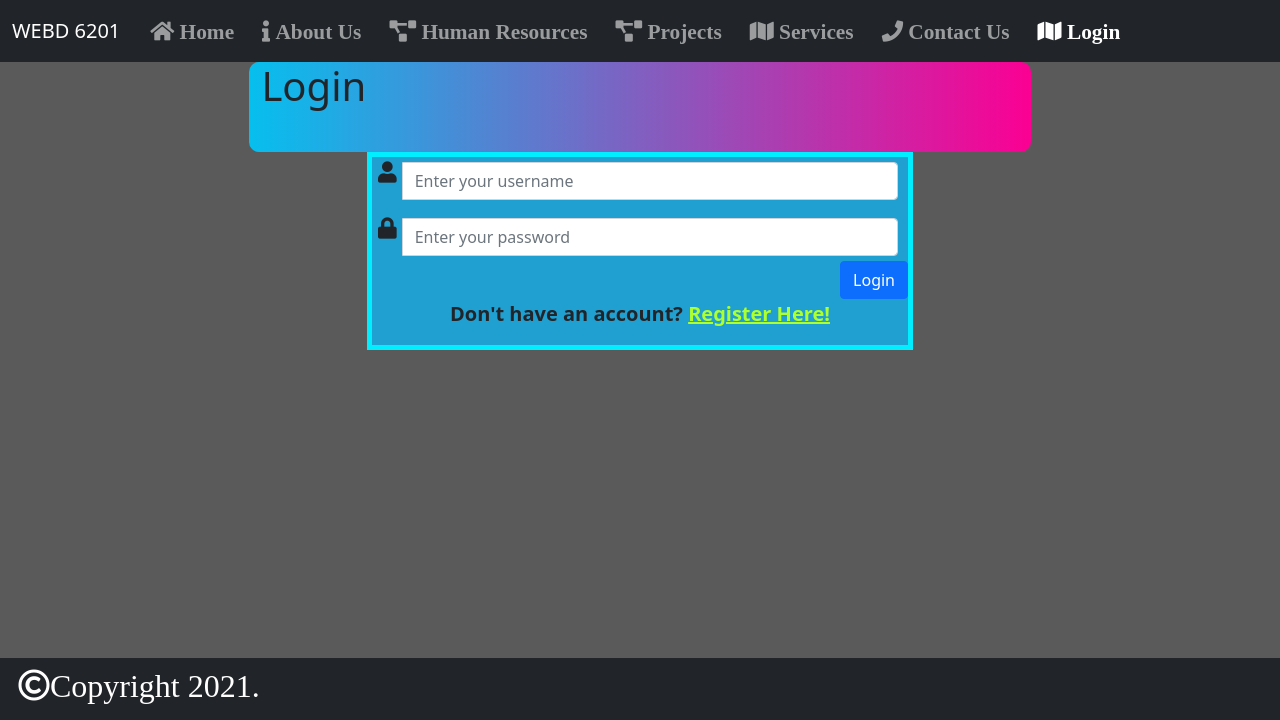
Repository: vans12345678/WEBD6201-W2021-Lab2
Page: login.html
The author's editor kept a copy of each file at every save. The page is drawn from the files as they stood at one save, then again after the next save.
The browser window is 1280 px wide. The pictures show the whole page.

Above is the page before, as saved 2021-02-25 21:14:11.

### login.html
<!DOCTYPE html>
<html lang="en">
<head>
    <meta charset="UTF-8">
    <meta name="viewport" content="width=device-width, initial-scale=1.0">
    <title>Login</title>
    <!-- CSS Section -->
    <link rel="stylesheet" href="./node_modules/bootstrap/dist/css/bootstrap.min.css">
    <link rel="stylesheet" href="./node_modules/@fortawesome/fontawesome-free/css/all.min.css">
    <link rel="stylesheet" href="./Content/app.css">
</head>
<body>
    <!-- Main Header -->
    <header>
        <!-- Main Navigation -->
        <nav class="navbar navbar-expand-lg navbar-dark bg-dark">
            <div class="container-fluid">
                <a id ="navHome" class="navbar-brand" href="index.html"></a>
                <button class="navbar-toggler" type="button" data-bs-toggle="collapse" data-bs-target="#navbarSupportedContent" aria-controls="navbarSupportedContent" aria-expanded="false" aria-label="Toggle navigation">
                  <span class="navbar-toggler-icon"></span>
                </button>
                <div class="collapse navbar-collapse" id="navbarSupportedContent">
                  <ul id = "ulNav" class="navbar-nav me-auto mb-2 mb-lg-0">
                    <li class="nav-item">
                      <a  class="nav-link" aria-current="page" href="index.html"><i id ="navIndex"class = "fas fa-home fa-lg"></i></a>
                    </li>
                  </li>
                  <li class="nav-item" id ="navAbout">
                    <a  class="nav-link " aria-current="page" href="about.html"><i id ="navAboutItem"class = "fas fa-info fa-lg"></i></a>
                  </li>
                  <li class="nav-item">
                    <a  class="nav-link" aria-current="page" href="projects.html"><i id ="navProjects" class ="fas fa-project-diagram fa-lg">Products</i></a>
                  </li>
                  <li class="nav-item">
                    <a  class="nav-link " aria-current="page" href="services.html"><i id ="navServices"class = "fas fa-map fa-lg"></i></a>
                  </li>
                  <li class="nav-item">
                    <a  class="nav-link " aria-current="page" href="contact.html"><i id ="navContact"class = "fas fa-phone fa-lg"></i></a>
                  </li>
                  <li class="nav-item" id ="liLogin">
                    <a  class="nav-link active" aria-current="page" href="login.html"><i  id ="navLogin" class = "fas fa-map fa-lg"></i></a>
                  </li>
                  </ul>
                </div>
              </div>
          </nav>
    </header>

    <!-- Main Content -->
    <main class="container" id="mainContent">
        <h1 class = "container">Login</h1>
      <div class="row">
          <div class="offset-md-3 col-md-6 col-sm-12">
                <div class="login" id="contentArea"></div>
                    <div id = "messageArea" class = "hidden"></div>
                    <form class = "formBackground" id="loginForm" novalidate>
                      <div class="form-group mb-2">
                        <div class="input-group">
                          <span class="input-group-addon">
                            <i class="fa fa-user fa-lg">
                            </i>
                          </span>
                          <input type="text" class="form-control inputMargin" id="username" name="username"  required
                          value="" placeholder="Enter your username">
                        </div>
                      </div>
                      <div class="form-group">
                        <div class="input-group">
                          <span class="input-group-addon">
                            <i class="fa fa-lock fa-lg">
                            </i>
                          </span>
                          <input type="password" class="form-control inputMargin" id="password" name="password"  required
                          value="" placeholder="Enter your password">
                        </div>
                      </div>
                      <div class="text-end">
                        <button id="loginButton" type="button" class="btn btn-primary btn-md">Login</button>
                      </div>
                      <p class="text-center fs-5 fw-bold">
                        Don't have an account?
                        <a href="register.html">Register Here!</a>
                    </p>
                    </form>
                </div>

          </div>
      </div>
  </main>

    <!-- Main Footer -->
    <footer>
        <nav class="navbar fixed-bottom navbar-dark bg-dark">
            <div class="container-fluid">
                <h4><i id = "footer" class="far fa-copyright fa-lg site-footer"></i></h4>
            </div>
          </nav>
    </footer>
    <!-- Script Section -->
    <script src="./node_modules/jquery/dist/jquery.min.js"></script>
    <script src="./node_modules/bootstrap/dist/js/bootstrap.bundle.min.js"></script>
    <script src="./Scripts/namespace.js"></script>
    <script src="./Scripts/user.js"></script>
    <script src="./Scripts/app.js"></script>
</body>
</html>

### Content/app.css
/* custom css goes here */
.Vapor {
    background-image: url('../images/vapor.jpg');
    background-repeat: no-repeat;
    background-attachment: fixed;
    background-size: 100% 100%;
  }
  a {
    color: greenyellow;
  }
  .textFont
  {
    font-family: Arial, Helvetica, sans-serif;
    line-height: 32px;
  }
  body
  {
    background-color: rgb(90, 90, 90);
  }
  h1.container{
    border-radius: 10px;
    width: 70%;
    height: 90px;
    margin: 0px auto;
    background: linear-gradient(90deg,#06bfee,#fb0093)
  }
  h1.projects{
    background-color: white;
  }
  .contact-table{
    width: 100%;
    margin:  50px auto;
    background-color: white;
  }
  .contact-form
  {
    width: 100%;
    margin:  100px auto;
  }
  .warnMessage
  {
    width: 90%;
    margin:  50px;
  }
  .site-footer {
    color:white;
  }
  .formMargin
  {
    margin: 35px 70px;
  }
  .inputMargin
  {
    margin: 5px 10px;
  }
  .formBackground
  {
    background-color: rgba(20, 174, 235, 0.822);
    border: 5px solid rgb(0, 238, 255);

  }
  i{
    margin:7px 6px;
  }

### Scripts/namespace.js
//Namespace core
let core;

### Scripts/app.js
/************************************************************
 * Name: Andre Agrippa, Michai Pryce
 * Date: 01/20/2021
 * Description: This file adds functionality to the Home,
 * About Us, Human Resources, Contact Us, Projects and Services
 * pages.
 * Date Completed:
 */

"use strict";


(function(){

    /**
     * Display Nav bar function to display nav and footer
     */
    function DisplayNav()
    {
        let navTextElement = document.getElementById("navHome").textContent = "WEBD 6201";
        navTextElement = document.getElementById("navIndex").textContent = " Home";
        navTextElement = document.getElementById("navAboutItem").textContent = " About Us";

        let navAboutElement = document.getElementById("navAbout");
        let hrListItem = document.createElement("li");
        hrListItem.setAttribute("id", "liHumanResources");
        hrListItem.setAttribute("class", "nav-item");
        let navbar = document.getElementById("ulNav").appendChild(hrListItem);
        hrListItem.innerHTML = `<a class="nav-link" aria-current="page" href="human-resources.html">
        <i id ="navHumanResources" class ="fas fa-project-diagram fa-lg"> Human Resources</i></a>`;
        if(document.title === "Human Resources"){
            hrListItem.innerHTML = `<a class="nav-link active" aria-current="page" href="human-resources.html">
            <i id ="navHumanResources" class ="fas fa-project-diagram fa-lg"> Human Resources</i></a>`;
        }

        navAboutElement.after(hrListItem);

        navTextElement = document.getElementById("navContact").textContent = " Contact Us";
        navTextElement = document.getElementById("navProjects").textContent = " Projects";
        navTextElement = document.getElementById("navServices").textContent = " Services";
        navTextElement = document.getElementById("navLogin").innerHTML = ` Login`;
        navTextElement = document.getElementById("footer").textContent = "Copyright 2021.";
    }

    /**
     * Display home to display index page
     */
    function displayHome()
    {
        DisplayNav();
        let introText = "This is a simple site to demonstrate the about, contact, human resources, projects and services requirements for Lab 1 WEBD 6201 - Client Side Scripting";
        let titleText = "Welcome to WEBD 6201";

        let introTextElement = document.getElementById("indexTitle").textContent = titleText;
        introTextElement = document.getElementById("indexParagraph").textContent = introText;

    }
    /**
     * Display about to display about the creators
     */
    function displayAbout()
    {
        DisplayNav();

        //About Andre
        let aboutElement = document.getElementById("aboutTitle").textContent = "About Us";
        aboutElement = document.getElementById("aboutAText");
        aboutElement.innerHTML = `<h1>Andre Agrippa:</h1>
        <p class = "">I'm a 2nd year student at Durham College in the Computer Programming and Analysis program. I've been
        coding for several years now because I enjoy it and always looking to improve in this aspect.</p>
        <a class = "fa-lg" href="./resumes/andre_resume.pdf" download>Resume Download</a></br></br>
        <img src="./images/aa.jpg" alt="" style="width:500px;height:450px;">`;

        //About Michai
        aboutElement.innerHTML += `<h1>Michai Pryce:</h1>
        <p class = ""> Hello, I am in my final year in the Computer Programming Program at Durham College. I love
        to code and learn about the evergrowing advancements in technology. This is the demonstration for our first lab!
        </p>
        <a class = "fa-lg" href="./resumes/Copy_of_Resume.docx" download>Resume Download</a></br></br>
        <img src="./images/m.jpg" alt="" style="width:500px;height:450px;">`;

    }
    /**
     * Display top 3 projects page
     */
    function displayProjects()
    {
        DisplayNav();

        //Projects 1
        let projectsElement = document.getElementById("projectsTitle").textContent = "Projects";
        projectsElement = document.getElementById("projectsText").innerHTML =
        `<h3>Project One: COBOL Item List</h3>
        <p>This project reads records from a .dat file, performs calculations on the data then outputs it to a .out file neatly formatted.</p>
        <img src="./images/p1.png" alt="" style="width:800px;height:500px;">`;

        //Projects 2
        projectsElement = document.getElementById("projectsText").innerHTML +=
        `<h3>Project Two: C#, XAML, MDF  Preferred Shares and Common Shares</h3>
        <p>This project uses XAML for the windows form and a database to keep track of common and preferred shares.
        The database keeps track of how many shares(common/preferred) are  available and validation is applied.</p>
        <img src="./images/p2.png" alt="" style="width:800px;height:500px;">`;

        //Projects 3
        projectsElement = document.getElementById("projectsText").innerHTML +=
        `<h3>Project Three: ASP.NET and MVC Framework Animal Shelter</h3>
        <p>This project is a web application that keeps track of animals, owners, appointment and login info in a database.
        Relational database concepts are applied.</p>
        <img src="./images/p3.png" alt="" style="width:800px;height:500px;">`;

    }
    /**
     * Display top 3 services page
     */
    function displayServices()
    {
        DisplayNav();

        //Services 1
        let servicesElement = document.getElementById("servicesTitle").textContent = "Services";
        servicesElement = document.getElementById("servicesText").innerHTML =
        `<h3>Web Development:</h3>
        <p>We offer a variety of different web development (Front-end, Back-end, Databases). Languages (PHP, ASP.NET, JavaScript)</p>
        <img src="./images/s1.jpg" alt="" style="width:800px;height:500px;">`;

        //Services 2
        servicesElement = document.getElementById("servicesText").innerHTML +=
        `<h3>OOP Programming</h3>
        <p>We offer a variety of different Object Oriented Programming. We're experienced with C#, C++, Java etc.
        Whether it be windows forms applications, console applications GUI, etc.</p>
        <img src="./images/s2.png" alt="" style="width:800px;height:500px;">`;

        //Services 3
        servicesElement = document.getElementById("servicesText").innerHTML +=
        `<h3>Database Management System</h3>
        <p>It's been almost 3 years since we've had experience in database development. We've used software such as
        Microsoft SQL Server and PgAdmin4. Experienced with relational database concepts.</p>
        <img src="./images/s3.jpg" alt="" style="width:800px;height:500px;">`;


    }
    /**
     * Display contact form page
     */
    function displayContact()
    {
        DisplayNav();

        let messageArea = document.getElementById("messageArea");
        messageArea.hidden = true;

        //form validation
        let fullName = document.getElementById("fullName");
        fullName.addEventListener("blur", function()
        {
            if(fullName.value.length < 2)
            {
                fullName.focus();
                fullName.select();
                messageArea.hidden = false;
                messageArea.className = "alert alert-danger  ";
                messageArea.textContent = "Please enter an appropriate name > 2 characters";
            }
            else
            {
                messageArea.removeAttribute("class");
                messageArea.hidden = true;
            }
        });
            let sendButton = document.getElementById("sendButton");
            sendButton.addEventListener("click", function(event)
            {
                event.preventDefault();
                // //Displays twice?

                let contact = new Contact(fullName.value,contactNumber.value, emailAddress.value, shortMessage.value);

                console.log(contact.serialize());
                if(contact.serialize())
                {
                    localStorage.setItem((localStorage.length + 1).toString(),contact.serialize());

                    window.location.href = "index.html";
                }

            });

    }
    /**
     * Human resources page
     */
    function displayHumanResources()
    {
        DisplayNav();
    }
    function displayLogin()
    {
        DisplayNav();
        let messageArea = document.getElementById("messageArea");
        $("#loginButton").on("click", function ()
        {
            let username = $("#username");
            let password = $("#password");
            let success = false;
            let newUser = new core.User();

            //user ajax to access the json file
            $.get("./Data/users.json", function(data)
            {
                //Check each user in the users.json file (linear search)
                for (const user of data.users) {
                    if(username.val()== user.Username && password.val() == user.Password)
                    {
                        newUser.fromJSON(user);
                        success = true;
                        break;
                    }
                }

                //If username and password matches - success, then login
                if(success)
                {
                    //Add user to session storage
                    sessionStorage.setItem("user", newUser.serialize());

                    //hide any error messages
                    messageArea.hidden = true;

                    //redirect user to secure area (contact list?)
                    location.href = "index.html";
                }
                else
                {
                    //display error message
                    username.trigger("focus").trigger("select");
                    messageArea.hidden = false;
                    messageArea.className = "alert alert-danger text-center";
                    messageArea.textContent = "Error: Invalid login information";
                    //messageArea.show().addClass("alert alert-danger").text("Error: Invalid login information");
                }
            });
        });
    }
    function displayRegister()
    {
        DisplayNav();
    }

    function toggleLogin()
    {
        //if the user is logged in
        if(sessionStorage.getItem("user"))
        {
            //change login to logout
            $("#navLogin").html(
                `<a class="nav-link" aria-current="page" href="#"><i id="navLogout"class="fas fa-sign-out-alt fa-lg"></i></a>`
            );

            let navTextElement = document.getElementById("navLogout").innerHTML = ` Logout`;


            //Add functionality to logout button
            $("#navLogout").on("click", function()
            {
                //terminate session
                sessionStorage.clear();

                //redirect back to login page
                location.href = "login.html";
            });

            $(`<li class="nav-item">
            <a class="nav-link" aria-current="page" ><i class="fas fa-users fa-lg"></i> Contact List</a>
            </li>`).insertBefore("#liLogin");
        }
    }

    /**
     * Start function, depending on document title will load specific page
     */
    function Start()
    {
        console.log("App Started...");

        //Based of title of html
        switch(document.title)
        {
            case "Index":
                displayHome();
                break;
            case "About Us":
                displayAbout();
                break;
            case "Projects":
                displayProjects();
                break;
            case "Services":
                displayServices();
                break;
            case "Contact Us":
                displayContact();
                break;
            case "Contact-List":
                displayContactList();
                break;
            case "Human Resources":
                displayHumanResources();
                break;
            case "Login":
                displayLogin();
                break;
            case "Register":
                displayRegister();
                break;
        }

        toggleLogin();

    }

    window.addEventListener("load", Start);

    core.Start = Start;

})(core || (core={}));

Loaded but not shown: node_modules/bootstrap/dist/css/bootstrap.min.css (library); node_modules/@fortawesome/fontawesome-free/css/all.min.css (library); node_modules/jquery/dist/jquery.min.js (library); node_modules/bootstrap/dist/js/bootstrap.bundle.min.js (library); Scripts/user.js (138 lines, source omitted)

After the next save:
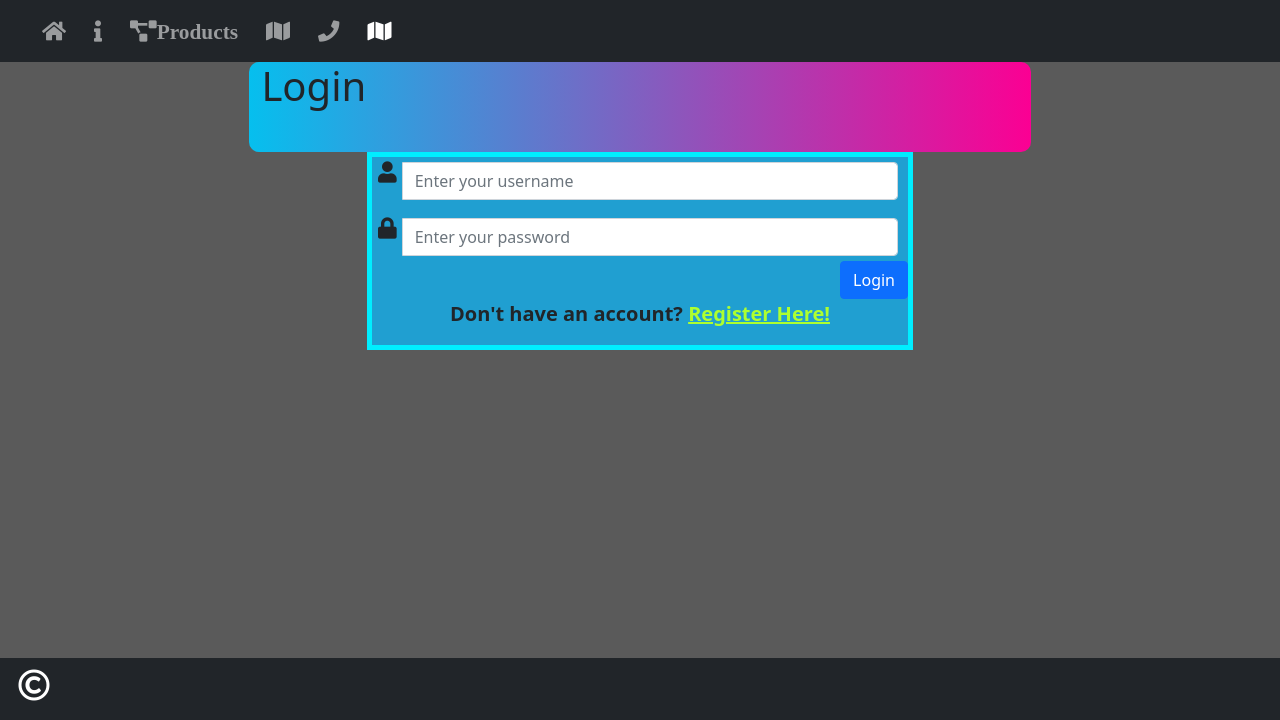
Console error: SyntaxError: Unexpected token '<'
Saved 112 s later.
--- a/Scripts/app.js
+++ b/Scripts/app.js
@@ -253,9 +253,10 @@
         {
             //change login to logout
             $("#navLogin").html(
-                `<a class="nav-link" aria-current="page" href="#"><i id="navLogout"class="fas fa-sign-out-alt fa-lg"></i></a>`
+                `<a class="nav-link" aria-current="page" href="#"><i id="navUser"class="fas fa-user-alt fa-lg"></i></a>`
             );
 
+            <i class="fas fa-user-alt"></i>
             let navTextElement = document.getElementById("navLogout").innerHTML = ` Logout`;
 
 
@@ -270,7 +271,7 @@
             });
 
             $(`<li class="nav-item">
-            <a class="nav-link" aria-current="page" ><i class="fas fa-users fa-lg"></i> Contact List</a>
+            <a class="nav-link" aria-current="page" ><i class="fas fa-users fa-lg"></i> </a>
             </li>`).insertBefore("#liLogin");
         }
     }

After the save that followed:
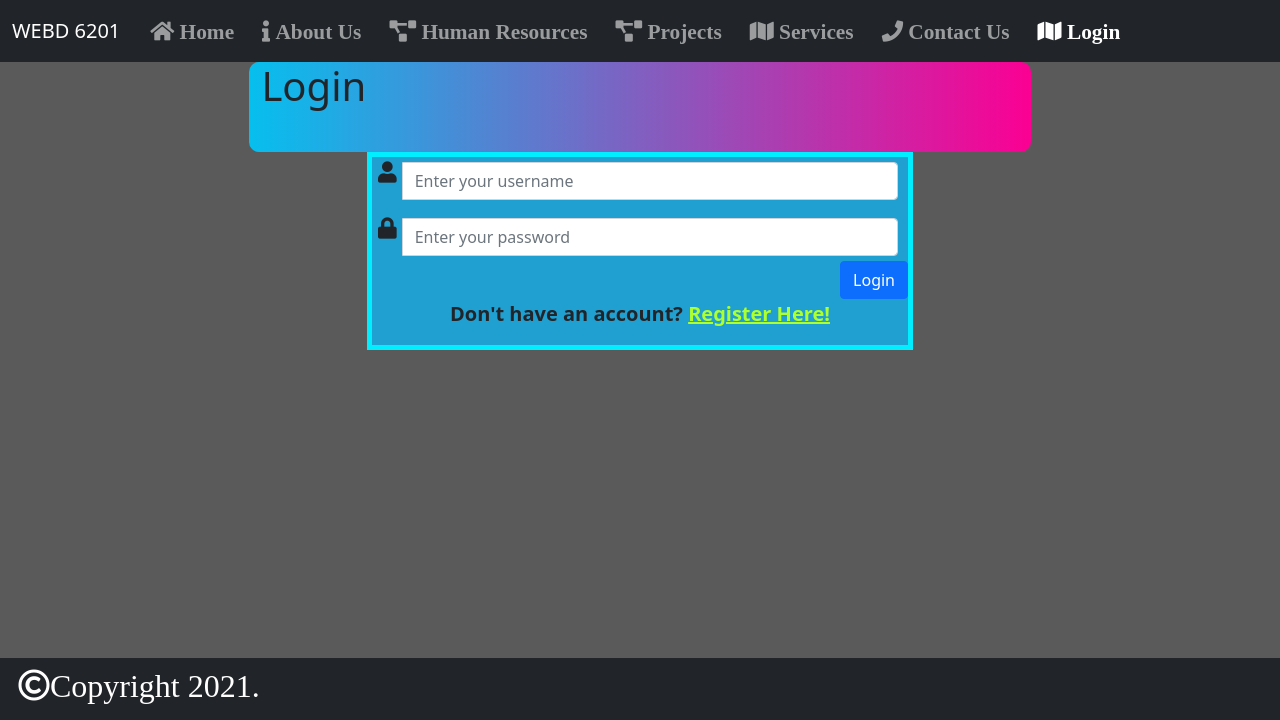
The error is gone.
Saved 4 s later.
--- a/Scripts/app.js
+++ b/Scripts/app.js
@@ -256,7 +256,6 @@
                 `<a class="nav-link" aria-current="page" href="#"><i id="navUser"class="fas fa-user-alt fa-lg"></i></a>`
             );
 
-            <i class="fas fa-user-alt"></i>
             let navTextElement = document.getElementById("navLogout").innerHTML = ` Logout`;
 
 
